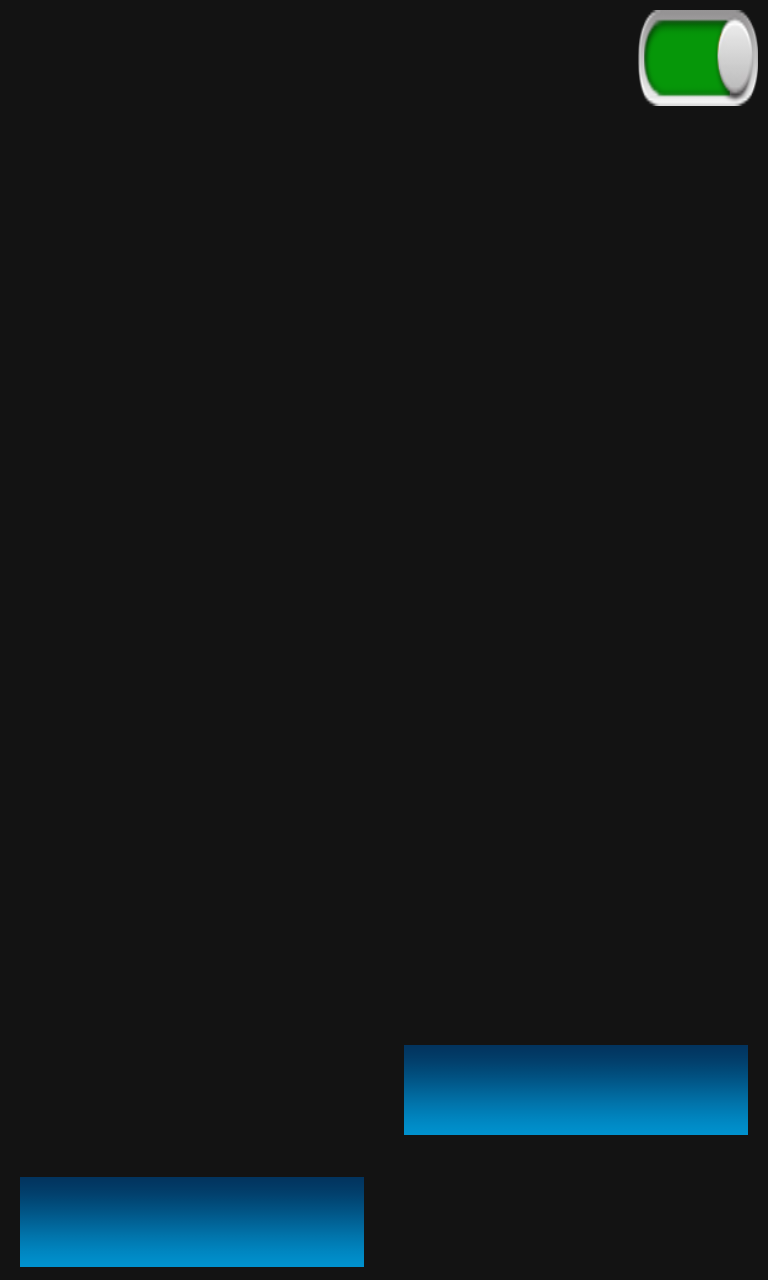
Repository: umeshdhuri/iOr
Layout: CharityApp/res/layout/activity_profile.xml
These files come from the project's save history. The layout is drawn as it stood at one moment and after the next save; the edit follows.
It is drawn on a 768 x 1280 px phone screen (xhdpi) without system bars, with theme AppTheme; the app's code is not run. Lists and similar views that code fills are empty.

Above is the layout before, as saved 2014-05-07 03:41:10.

After the next save:
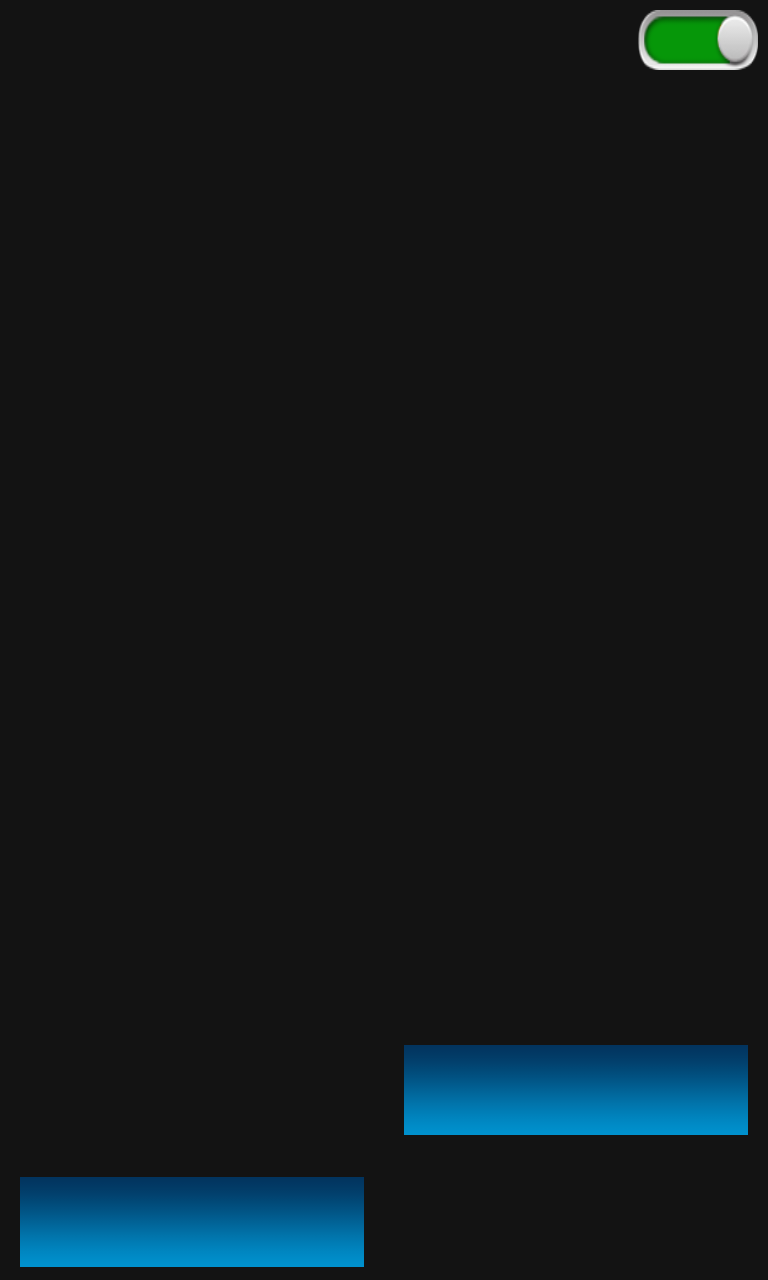
Saved 5 s later.
--- a/CharityApp/res/layout/activity_profile.xml
+++ b/CharityApp/res/layout/activity_profile.xml
@@ -26,7 +26,7 @@
          <ToggleButton
             android:id="@+id/btAvailability"
             android:layout_width="60dp"
-            android:layout_height="wrap_content"
+            android:layout_height="30dp"
             android:layout_centerVertical="true"
             android:layout_marginRight="5dp"
             android:layout_marginTop="5dp"
